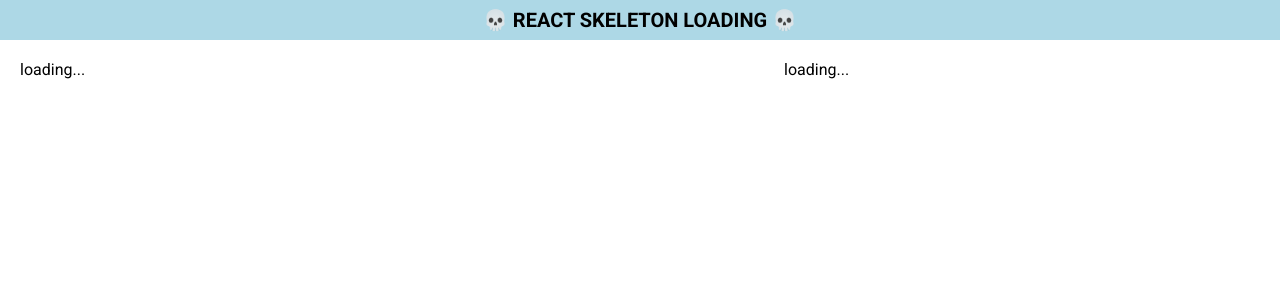
Repository: ethanJones21/React-Skeleton-Loading
Page: /
The author's editor kept a copy of each file at every save. The page is drawn from the files as they stood at one save, then again after the next save.
The browser window is 1280 px wide. The pictures show the whole page.
The page's requests for data from a server got no answer. The project was rebuilt for these pictures with package versions that can differ from the ones it lists, and the page was loaded fresh each time. No one was signed in, and anything a server would have sent is missing. Also part of the build but not shown: src/components/Post.css, src/components/Post.js.

Above is the page before, as saved 2020-11-26 03:10:44.

After the next save:
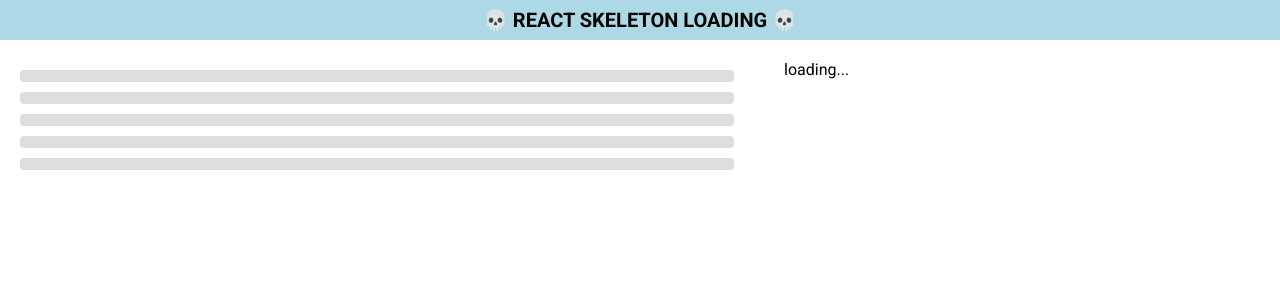
Saved 68 s later.
--- a/src/components/Posts.js
+++ b/src/components/Posts.js
@@ -2,6 +2,7 @@ import React, { useEffect, useState } from "react";
 import Post from "./Post";
 import "./Posts.css";
 import { photos } from "../photos";
+import Skeleton from "../skeleton/Skeleton";
 
 const Posts = () => {
   const [postArray, setPostArray] = useState([]);
@@ -19,13 +20,14 @@ const Posts = () => {
 
   return (
     <div className="posts">
-      {postArray.length > 0 ? (
-        postArray.map((post) => (
-          <Post key={post.id} post={{ ...post, photo: photos[post.id-1] }} />
-        ))
-      ) : (
-        <span>loading...</span>
-      )}
+      {postArray.length > 0
+        ? postArray.map((post) => (
+            <Post
+              key={post.id}
+              post={{ ...post, photo: photos[post.id - 1] }}
+            />
+          ))
+        : [1, 2, 3, 4, 5].map((item) => <Skeleton type="text" />)}
     </div>
   );
 };
